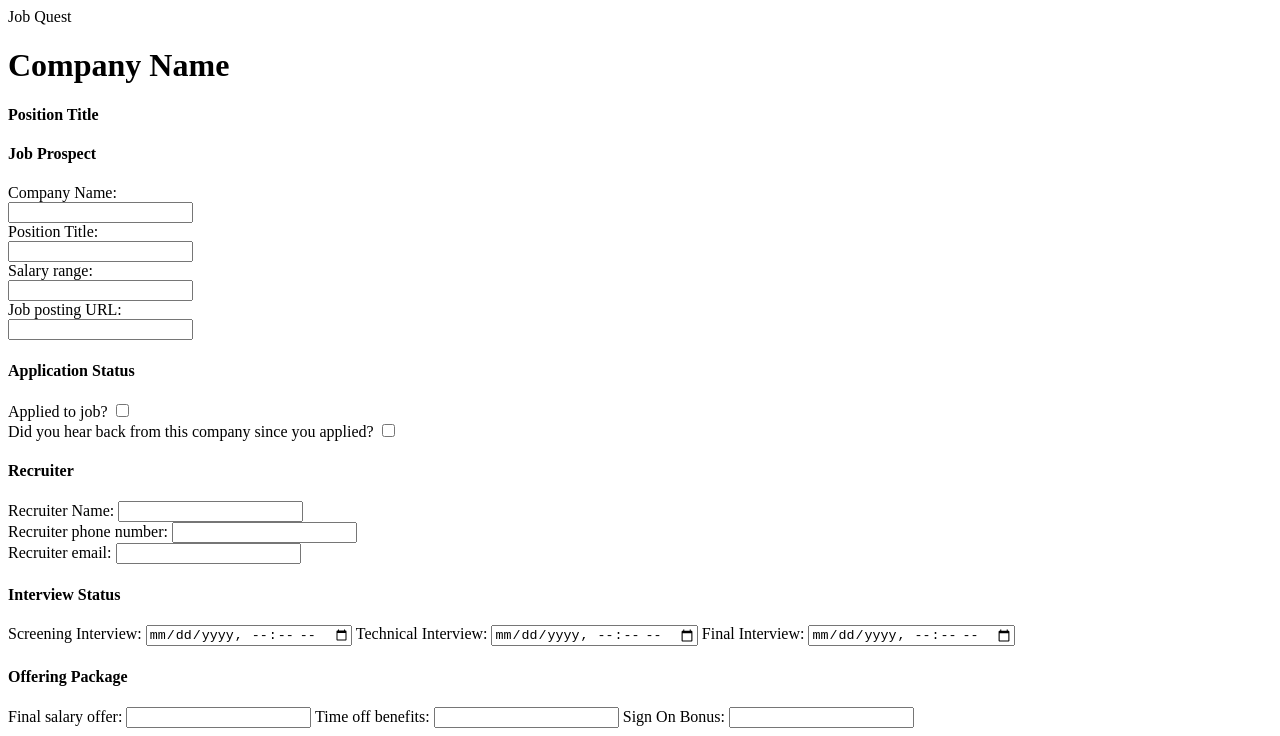
Repository: AllSystemsRGeorge/Job-Quest
Page: utils/mainPageHelper.html
The author's editor kept a copy of each file at every save. The page is drawn from the files as they stood at one save, then again after the next save.
The browser window is 1280 px wide. The pictures show the whole page.

Above is the page before, as saved 2022-08-04 17:45:29.

### utils/mainPageHelper.html
<!DOCTYPE html>
<html lang="en">
<head>
    <meta charset="UTF-8">
    <meta http-equiv="X-UA-Compatible" content="IE=edge">
    <meta name="viewport" content="width=device-width, initial-scale=1.0">
    <title>Job Quest</title>
</head>
<body>
    <nav>Job Quest</nav>
    <div class="jobCard">
        <div class="cardHeader">
            <h1>Company Name</h1>
            <h4>Position Title</h4>
        </div>
    </div>
    <form>
        <!-- job summary -->
        <h4>Job Prospect</h4>
        <label for="name">Company Name:</label><br>
        <input type="text" name="name"><br>
        <label for="position">Position Title:</label><br>
        <input type="text" name="position"><br>
        <label for="initialSalary">Salary range:</label><br>
        <input type="number" name="initialSalary"><br>
        <label for="jobDesLink">Job posting URL: </label><br>
        <input type="url" name="jobDesLink">

        <!-- application process -->
        <h4>Application Status</h4>
        <label for="applied">Applied to job?</label>
        <input type="checkbox" name="jobApplication"><br>
        <label for="feedback">Did you hear back from this company since you applied?</label>
        <input type="checkbox" name="feedback">

        <!-- recruiter contact info -->
        <h4>Recruiter</h4>
        <label for="recName">Recruiter Name:</label>
        <input type="text" name="recName"><br>
        <label for="recPhoneNum">Recruiter phone number:</label>
        <input type="tel" name="recPhoneNum"><br>
        <label for="recEmail">Recruiter email:</label>
        <input type="email" name="recEmail">

        <!-- interview process -->
        <h4>Interview Status</h4>
        <label for="screeningInt">Screening Interview:</label>
        <input type="datetime-local" name="screeningInt">
        <label for="technicalInt">Technical Interview:</label>
        <input type="datetime-local" name="technicalInt">
        <label for="finalInt">Final Interview:</label>
        <input type="datetime-local" name="finalInt">

        <!-- hiring process -->
        <h4>Offering Package</h4>
        <label for="finalSalary">Final salary offer:</label>
        <input type="number" name="finalSalary">
        <label for="finalSalary">Time off benefits:</label>
        <input type="text" name="finalSalary">
        <label for="stockOpt">Sign On Bonus:</label>
        <input type="number" name="finalSalary">

    </form>
</body>
</html>

After the next save:
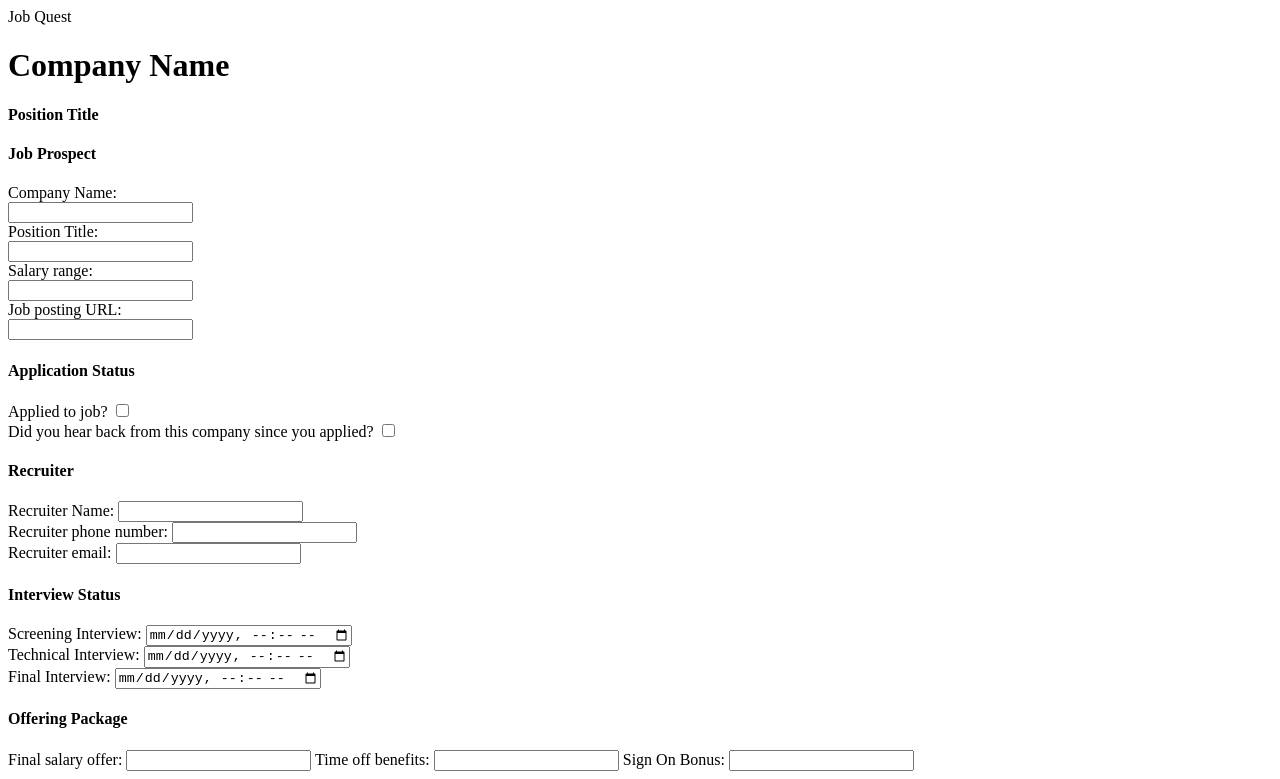
Saved 27 s later.
--- a/utils/mainPageHelper.html
+++ b/utils/mainPageHelper.html
@@ -45,9 +45,9 @@
         <!-- interview process -->
         <h4>Interview Status</h4>
         <label for="screeningInt">Screening Interview:</label>
-        <input type="datetime-local" name="screeningInt">
+        <input type="datetime-local" name="screeningInt"><br>
         <label for="technicalInt">Technical Interview:</label>
-        <input type="datetime-local" name="technicalInt">
+        <input type="datetime-local" name="technicalInt"><br>
         <label for="finalInt">Final Interview:</label>
         <input type="datetime-local" name="finalInt">
 
